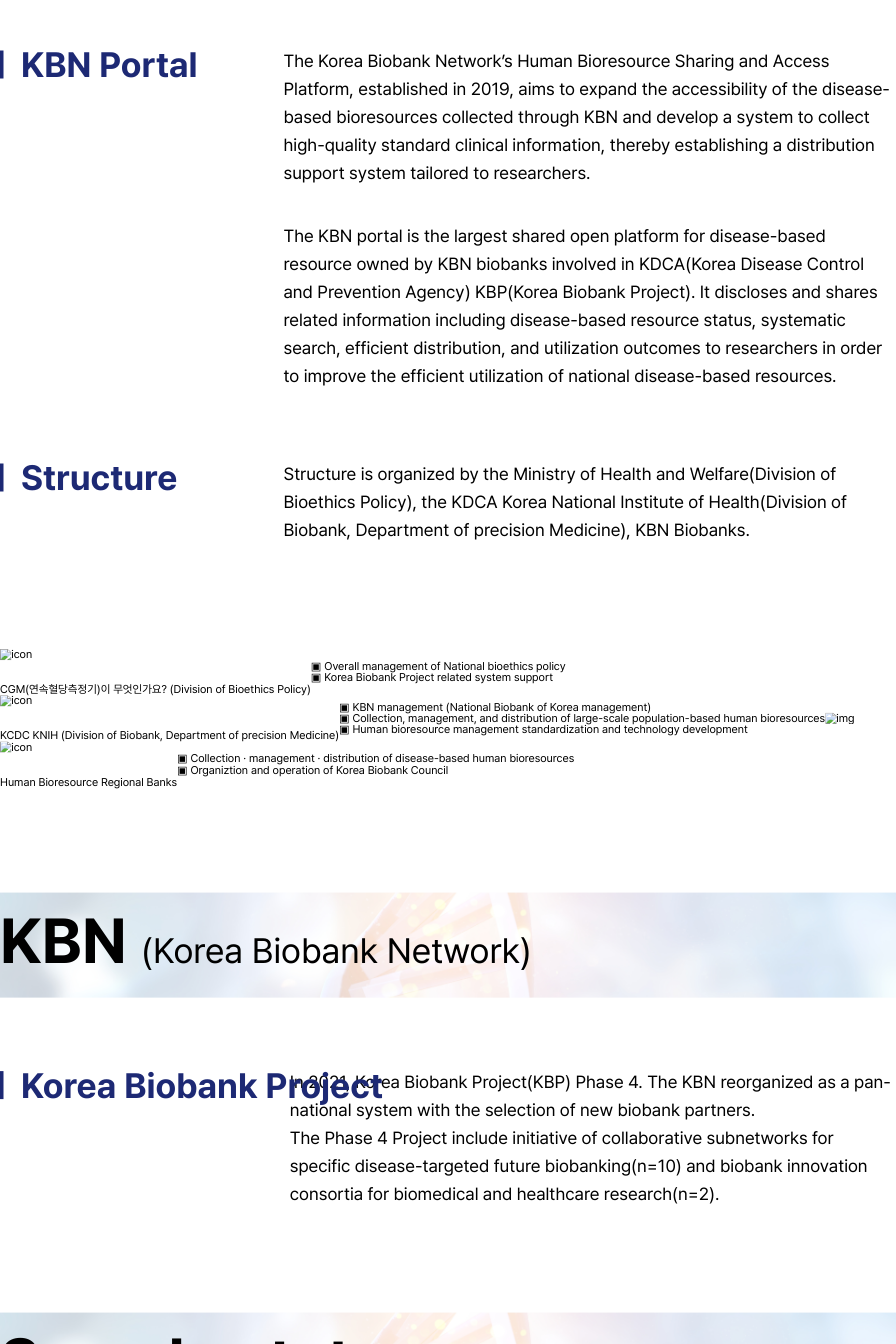
Repository: dlgywls1130/kbn_makedit
Page: index.html
The author's editor kept a copy of each file at every save. The page is drawn from the files as they stood at one save, then again after the next save.
The browser window is 1280 px wide. The pictures show the part of the page from y = 1053 to 2973 px (the page is 4765 px tall), at 70% of full size.
Some web libraries are served in a nearby version.

Above is the page before, as saved 2023-10-15 16:09:43.

### index.html
<!DOCTYPE html>
<html lang="en">
<head>
    <meta charset="UTF-8">
    <meta name="viewport" content="width=device-width, initial-scale=1.0">
    <title>KBN</title>

    <link rel="stylesheet" href="./css/reset.css">
    <link rel="stylesheet" href="./css/style.css">

    <!-- slick css -->
    <link rel="stylesheet"  type="text/css" href="./css/slick.css">

</head>
<body>

    <!-- header -->
    <header>
        <div class="header_wrapper">
            <div class="header_logo">
                <img src="./image/logo.png" alt="logo">
            </div>
            <ul class="nav_list">
                <li><a href="#about"> About us</a></li>
                <li><a href="#kbn">KBN</a></li>
                <li><a href="#sample">Sample status</a></li>
                <li><a href="#distribution">Distribution procedure</a></li>
                <li><a href="#biobanks">KBN Biobanks</a></li>
            </ul>
            <div class="header_en">
                <div class="en_icon">
                    <img src="./image/language.png" alt="icon">
                </div>
                <p>EN</p>
            </div>
        </div>

    </header>


    <!-- main banner -->
    <section>
        <div class="main_banner">
            <div class="slide_wrap">
                <div class="slide_list first-slide">
                    <div class="slide_content">
                        <h2 class="slide_title">
                            The Biggest Disease-based
                            <Br>Human Biobank Network of Korea
                        </h2>
                        <p class="slide_sub">
                            KBN, the largest biobank network in korea, collects, manages, and holds disease-based
                            <Br>human bioresources, i.e. various samples of more than 600,000 individuals.
                        </p>
                    </div>
                </div>
                <div class="slide_list second-slide">
                    <div class="slide_content">
                        <h2 class="slide_title">
                            KBN Distribution Support Center
                        </h2>
                        <p class="slide_sub">
                            The Center provides human bioresources, and clinical and epidemiological information
                            <Br> held by KBN biobanks nationwide and actively supports the distribution.

                        </p>
                    </div>
                </div>
                <div class="slide_list three-slide">

                    <div class="slide_content">
                        <h2 class="slide_title">
                            KBN Provides On-line Searching Database
                            <Br>and Operates Distribution Support Center
                        </h2>
                        <p class="slide_sub">
                            Researchers conduct KBN human bioresource search, while the distribution support
                            <Br>center provides services customized to individual users.
                        </p>
                    </div>
                </div>
            </div>
        </div>
    </section>

    <!-- about us -->
    <section id="about">
        <div class="about_wrap">
            <div class="content_width">
                <h2 class="section_title">About us</h2>
            </div>

            <div class="about-us">
                <div class="about_content">
                    <div class="content_list mb-100">
                        <div class="list_main">
                            KBN Portal
                        </div>
                        <div class="list_descript">
                            <p class="mb-50">The Korea Biobank Network’s Human Bioresource Sharing and Access Platform, established in 2019, aims
                            to expand the accessibility of the disease-based bioresources collected through KBN and develop a
                            system to collect high-quality standard clinical information, thereby establishing a distribution support
                            system tailored to researchers.</p>

                            <p>The KBN portal is the largest shared open platform for disease-based resource owned by KBN biobanks
                            involved in KDCA(Korea Disease Control and Prevention Agency) KBP(Korea Biobank Project).
                            It discloses and shares related information including disease-based resource status, systematic search,
                            efficient distribution, and utilization outcomes to researchers in order to improve the efficient utilization of
                            national disease-based resources.</p>
                        </div>
                    </div>
                    <div class="content_list">
                        <div class="list_main">
                            Structure
                        </div>
                        <div class="list_descript">
                            <p>Structure is organized by the Ministry of Health and Welfare(Division of Bioethics Policy), the KDCA Korea
                                National Institute of Health(Division of Biobank, Department of precision Medicine), KBN Biobanks.</p>
                        </div>
                    </div>
                </div>
                <div class="about_acodian">
                    <div class="acodian_list">
                        <div class="accordion-item">
                            <h3 class="title">
                                <div class="acodian_icon">
                                    <img src="" alt="icon">
                                </div>
                                <p>CGM(연속혈당측정기)이 무엇인가요?
                                    <span>(Division of Bioethics Policy)</span>
                                </p>

                            </h3>
                            <div class="paragraph">
                                <p>▣ Overall management of National bioethics policy</p>
                                <p>▣ Korea Biobank Project related system support</p>
                            </div>
                        </div>
                        <div class="accordion-item">
                            <h3 class="title">
                                <div class="acodian_icon">
                                    <img src="" alt="icon">
                                </div>
                                <p>KCDC KNIH
                                    <span>(Division of Biobank, Department of precision Medicine)</span>
                                </p>

                            </h3>
                            <div class="paragraph">
                                <p>▣ KBN management (National Biobank of Korea management)</p>
                                <p>▣ Collection, management, and distribution of large-scale population-based human bioresources </p>
                                <p>▣ Human bioresource management standardization and technology development</p>
                            </div>
                        </div>
                        <div class="accordion-item">
                            <h3 class="title">
                                <div class="acodian_icon">
                                    <img src="" alt="icon">
                                </div>
                                <p>Human Bioresource Regional Banks</p>

                            </h3>
                            <div class="paragraph">
                                <p>▣ Collection · management · distribution of disease-based human bioresources</p>
                                <p>▣ Organiztion and operation of Korea Biobank Council</p>
                            </div>
                        </div>
                    </div>
                    <div class="acodian_circle">
                        <img src="" alt="img">
                    </div>
                </div>
            </div>
        </div>

    </section>

    <!-- kbn -->

    <section id="kbn">
        <div class="kbn_wrap">
            <div class="content_width">
                <h2 class="section_title">KBN <span>(Korea Biobank Network)</span></h2>
            </div>
            <div class="kbn_content">
                <div class="content_list">
                    <div class="list_main">
                        Korea Biobank Project
                    </div>
                    <div class="list_descript">
                        <p>In 2021, Korea Biobank Project(KBP) Phase 4. The KBN reorganized as a pan-national system with the
                            selection of new biobank partners.
                            </p>

                        <p>The Phase 4 Project include initiative of collaborative subnetworks for specific disease-targeted future
                            biobanking(n=10) and biobank innovation consortia for biomedical and healthcare research(n=2).
                            </p>
                    </div>
                </div>
                <div class="kbn_guidance_wrap">

                </div>
            </div>
        </div>

    </section>

    <!-- sample -->

    <section id="sample">
        <div class="sample_wrap">
            <div class="content_width">
                <h2 class="section_title">Sample status <span>(as of December 31, 2022)</span></h2>
            </div>
            <div class="sample_content">
                <div class="sample_list">
                    <div class="sample_list_left">
                        <div class="sample_list_icon">
                            <img src="" alt="img">
                        </div>
                        <div class="sample_list_title">
                            Current Situation
                        </div>
                    </div>
                    <div class="sample_list_right">
                        <div class="right_span">
                            <span>participants</span>
                            <p>663,254</p>
                        </div>
                        <div class="right_span">
                            <span>vials</span>
                            <p>9,062,621</p>
                        </div>
                    </div>
                </div>
                <div class="sample_list">
                    <div class="sample_list_left">
                        <div class="sample_list_icon">
                            <img src="" alt="img">
                        </div>
                        <div class="sample_list_title">
                            Distribution
                        </div>
                    </div>
                    <div class="sample_list_right">
                        <div class="right_span">
                            <span>studies</span>
                            <p>3215</p>
                        </div>
                    </div>
                </div>
                <div class="sample_list">
                    <div class="sample_list_left">
                        <div class="sample_list_icon">
                            <img src="" alt="img">
                        </div>
                        <div class="sample_list_title">
                            Utilization
                        </div>
                    </div>
                    <div class="sample_list_right">
                        <div class="right_span">
                            <span>papers</span>
                            <p>948</p>
                        </div>
                        <div class="right_span">
                            <span>patents</span>
                            <p>116</p>
                        </div>
                    </div>
                </div>
            </div>
        </div>

    </section>

    <!-- Distribution  -->
    <section id="distribution">
        <div class="distribution_wrap">
            <div class="content_width">
                <h2 class="section_title white">Distribution procedure</h2>
            </div>
            <div class="distribution_about">
                <div class="content_list">
                    <div class="list_main">
                        Procedure
                    </div>
                    <div class="list_descript">
                        <p>KBN Human bioresources application procedure for distribution.</p>

                        <p>KBN distributes the collected human bioresources to researchers for domestic healthcare R&D.
                            For access to, researcher(s) residing in Korea and carrying out a research project that has obtained IRB
                            approval(or exemption) can apply for access to human bioresource distribution, and if approved by the
                            Access and Sharing Committee, the bioresources are released.
                        </p>
                    </div>
                </div>
                <div class="text_slide">

                </div>
            </div>
        </div>
    </section>

    <!-- Biobanks  -->
    <section id="biobanks">
        <div class="biobank_wrap">
            <div class="content_width">
                <h2 class="section_title">KBN Biobanks <span>- targeted diseases</span></h2>
            </div>
            <div class="biobank_content">
                <div class="biobank_tab">

                </div>

            </div>
        </div>

    </section>

    <!-- logo slide -->
    <section>
        <div class="logo_loop">

        </div>
    </section>

    <!-- footer -->
    <footer>
        <div class="footer_wrap">
            <div class="footer_left">
                <h3 class="footer_title">
                    CONTACT US
                </h3>

                <div class="footer_contain">
                    <ul>
                        <li class="footer_text">kbnysvc@gmail.com</li>
                        <li class="footer_phone">+82 -31-546-2715</li>
                        <li class="footer_text">Monday-Friday 8:30am ~ 5:30pm</li>
                        <li class="footer_text">(Saturday and Sunday, Holidays : ClOSED)</li>
                    </ul>
                    <ul>
                        <li><img src="" alt="icon"></li>
                        <li><img src="" alt="icon"></li>
                    </ul>
                </div>

                <p>Yongin Severance Hospital 363, Dongbaekjukjeon-daero, Giheung-gu, Yongin-si, Gyeonggi-do 16995, Republic of Korea</p>
            </div>

            <div class="footer_right">
                <div class="right_top">
                    <h3 class="footer_title">
                        SOCIAL LINKS
                    </h3>
                    <div class="footer_sns">
                        <a href="" class="link_sns">
                            <img src="" alt="sns">
                        </a>
                        <a href="" class="link_sns">
                            <img src="" alt="sns">
                        </a>
                        <a href="" class="link_sns">
                            <img src="" alt="sns">
                        </a>

                    </div>
                </div>
                <div class="right_bottom">
                    <h3 class="footer_title">
                        RELATED SITE
                    </h3>
                    <div class="link_site">
                        <a href="" class="site_link">
                            <img src="" alt="link">
                        </a>
                        <a href="" class="site_link">
                            <img src="" alt="link">
                        </a>

                    </div>
                </div>

            </div>
        </div>
        <div class="footer_copy">
            <p>YONSEI UNIVERSITY, YONGIN SEVERANCE HOSPITAL. ALL RIGHTS RESERVED </p>
            <div class="copy_right">
                <p>Personal information processing policy</p>
                <p>Terms and Conditions</p>
            </div>
        </div>
    </footer>


    <script type="text/javascript" src="//code.jquery.com/jquery-1.11.0.min.js"></script>
    <script src="./js/slick.min.js"></script>
    <script src="./js/main.js"></script>
</body>
</html>

### css/style.css
:root{
    --main-text:#1D2974;
    --black-text:#000;
}


/* common */

body{
    font-family: 'pretendard',sans-serif ;
}

/* font */
@font-face {
    font-family: pretendard;
    src: url('/font/Pretendard-Regular.woff2') format('woff2'),
    url('/font/Pretendard-Regular.woff') format('woff'),
    url('/font/Pretendard-Regular.ttf') format('ttf'),
    url('/font/Pretendard-Regular.otf') format('otf');
    font-weight: 400;
}

@font-face {
    font-family: pretendard;
    src: url('/font/Pretendard-Medium.woff2') format('woff2'),
    url('/font/Pretendard-Medium.woff') format('woff'),
    url('/font/Pretendard-Medium.ttf') format('ttf'),
    url('/font/Pretendard-Medium.otf') format('otf');
    font-weight: 500;
}

@font-face {
    font-family: pretendard;
    src: url('/font/Pretendard-Bold.woff2') format('woff2'),
    url('/font/Pretendard-Bold.woff') format('woff'),
    url('/font/Pretendard-Bold.ttf') format('ttf'),
    url('/font/Pretendard-Bold.otf') format('otf');
    font-weight: 700;
}


section{margin-bottom:150px;}

.section_title{
    font-size: 90px;
    font-weight: 700;
    line-height:40px;
    max-width: 1680px;
    width: 100%;
    margin: 0 auto;
}

.section_title span{
    font-weight: 300;
    font-size: 50px;
}

.content_width{
    width: 100%;
    height: 150px;
    background:url('/image/title_back.jpg');
    background-repeat: no-repeat;
    background-size:cover;
    margin-bottom: 100px;
    display: flex;
    align-items: center;
}

.content_list {
    display: flex;
    align-items: flex-start;
    justify-content: space-between;
}

.content_list .list_main{
    position: relative;
    width: 30%;
    font-size: 50px;
    font-weight: 700;
    color: var(--main-text);
    white-space: nowrap;
    padding-left: 30px;
}

.content_list .list_main::before{
    position: absolute;
    content: '';
    left: 0;
    top: 50%;
    transform: translate(0,-50%);
    height: 40px;
    width: 5px;
    background: var(--main-text);
}

.content_list .list_descript{
    width: 70%;
}

.content_list .list_descript p{
    font-size: 25px;
    font-weight: 300;
    line-height: 40px;
}


/* common margin */

.mb-50{margin-bottom: 50px;}
.mb-100{margin-bottom: 100px;}


/* header */

header{
    position: fixed;
    top: 0;
    left: 0;
    background: #fff;
    width: 100%;
    height: 138px;
    padding: 28px 0;
    box-sizing: border-box;
    z-index: 9;
}

.header_wrapper{
    max-width: 1680px;
    width: 100%;
    margin: 0 auto;
    display: flex;
    align-items: center;
    justify-content: space-between;
}

.header_logo{
    width: 250px;
    height: 80px;
}

.header_logo img{
    width: 100%;
    height: 100%;
    object-fit: contain;
}

.header_wrapper .nav_list{
    display: flex;
}

.header_wrapper .nav_list li{
    padding: 0 50px;
}

.header_wrapper .nav_list li a{
    font-size: 25px;
    font-weight: 500;
    line-height: 0.03em;
    text-decoration: none;
    color:var(--black-text);
}

.header_en{display: flex; align-items: center;}

.header_en .en_icon{
    width: 24px;
    height: 24px;
}

.header_en .en_icon img{
    width: 100%;
    height: 100%;
    object-fit: contain;
}

.header_en p{
    margin-left: 8px;
    font-size: 20px;
    font-weight: 700;
}

/* main_banner */

.slide_wrap .slide_list{
    width: 100%;
    height: 100vh;
    position: relative;
}

.slide_wrap .slide_list.first-slide{
    background: url('/image/main_slide1.jpg');
    background-repeat: no-repeat;
    background-position: right center;
    background-size: cover;
}

.slide_wrap .slide_list.second-slide{
    background: url('/image/main_slide2.jpg');
    background-repeat: no-repeat;
    background-position: center center;
    background-size: cover;
}

.slide_wrap .slide_list.three-slide{
    background: url('/image/main_slide3.jpg');
    background-repeat: no-repeat;
    background-position: left center;
    background-size: cover;
}

.slide_content{
width: 100%;
position: absolute;
right: 8%;
top: 40%;
transform: translate(0,-50%);
}

.slide_content .slide_title{
    font-size: 60px;
    font-weight: 700;
    color: #fff;
    letter-spacing: 0.07em;
    text-align: right;
}

.slide_content .slide_sub{
    font-size: 25px;
    font-weight: 400;
    color: #fff;
    letter-spacing: 0.04em;
    text-align: right;
    margin-top: 40px;
}

.slick-dots{
    display: flex!important;
    align-items: center;
    position: absolute;
    top: 65%;
    right: 8%;
    column-gap: 30px;
}

.slick-dots button {
    color: rgba(2255,255,255,0.45);
    background:none;
    border-bottom:5px solid rgba(255,255,255,0.45);
    font-size: 25px;
    font-weight: 700;
    padding-bottom: 15px;
    border-top: none;
    border-left: none;
    border-right: none;
    box-shadow: none;
    outline: none;
}

.slick-dots button:hover,
.slick-dots .slick-active button {
    border-bottom:5px solid rgba(255,255,255,1);
    color: rgba(255,255,255,1);
}

.slick-arrow{
position: absolute;
top: 55%;

}

.slick-next{
    right: 8%;
    transform: rotate(45deg);
}

.slick-prev{
    right: 10%;
    z-index: 1;
    transform: rotate(225deg);
}

.arrow{
    width: 30px; /* 사이즈 */
    height: 30px; /* 사이즈 */
    border-top: 8px solid #fff; /* 선 두께 */
    border-right: 8px solid #fff; /* 선 두께 */
}


/* about us */
.about-us{
    max-width: 1680px;
    margin: 0 auto;
}

.about_content{
    margin-bottom: 150px;
}

.about_acodian{
    display: flex;
    align-items: center;
}

.accordion-item{
    display: flex;
    align-items: center;
}
.accordion-item .acodian_icon{
    width: 50px;
    height: 50px;
}

.accordion-item .acodian_icon img{
    width: 100%;
    height: 100%;
}

### js/main.js
// main banner

$('.slide_wrap').slick({
    slidesToShow: 1,
    arrows: true,
    dots:true,
    autoplay: true,
  autoplaySpeed: 2000,
  infinite: true,
  prevArrow: '<div class="arrow slick-prev"></div>',
    nextArrow: '<div class="arrow slick-next"></div>',
  customPaging: function(slider, i) {
    var titles = ['Biobank', 'Support Center', 'On-line Searching'];
    return '<button>' + titles[i] + '</button>';
}
  });

Loaded but not shown: css/reset.css (common file); css/slick.css (common file); js/slick.min.js (library)

After the next save:
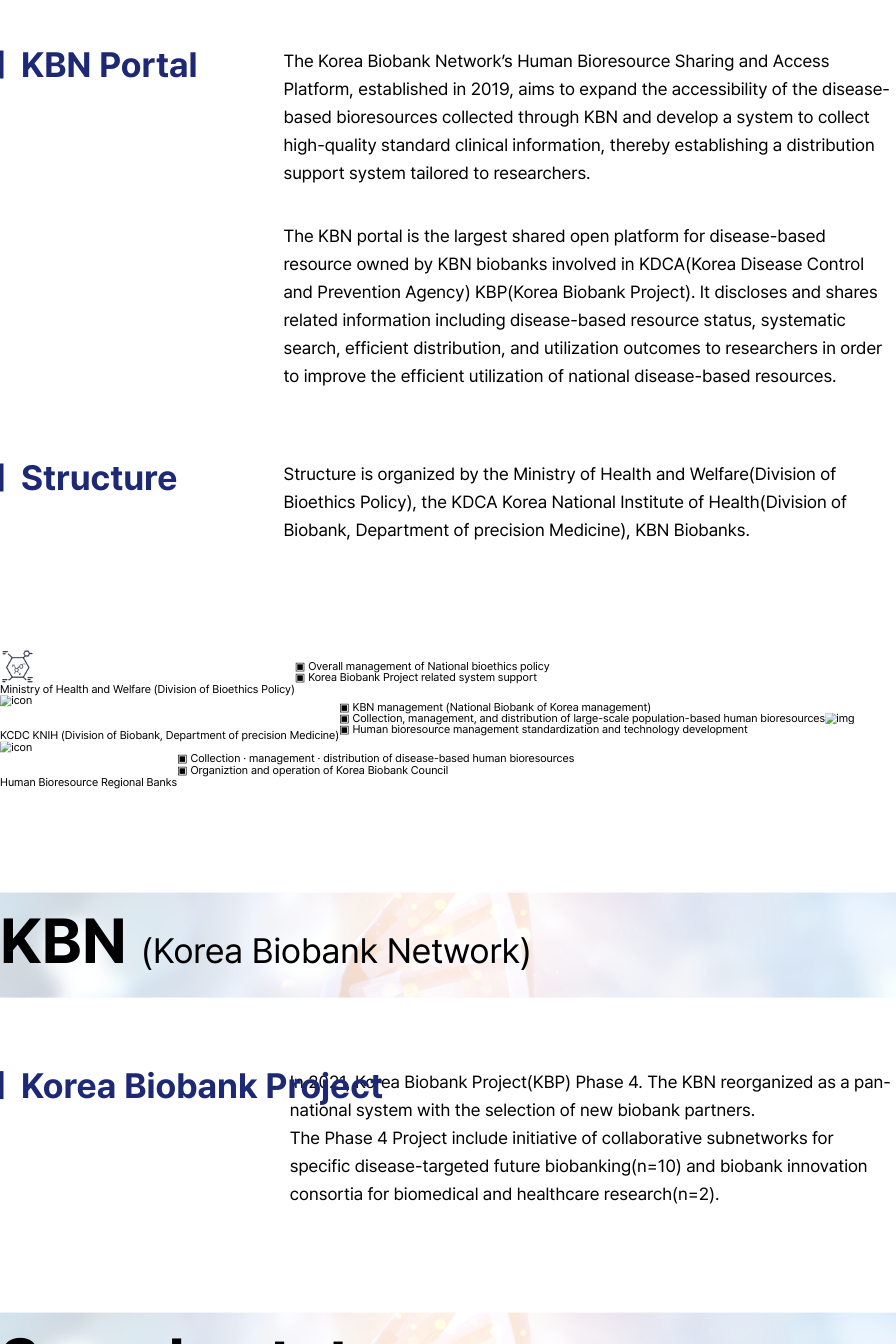
Saved 108 s later.
--- a/index.html
+++ b/index.html
@@ -124,9 +124,9 @@
                         <div class="accordion-item">
                             <h3 class="title">
                                 <div class="acodian_icon">
-                                    <img src="" alt="icon">
+                                    <img src="./image/about_ico1.png" alt="icon">
                                 </div>
-                                <p>CGM(연속혈당측정기)이 무엇인가요?
+                                <p>Ministry of Health and Welfare
                                     <span>(Division of Bioethics Policy)</span>
                                 </p>
 
